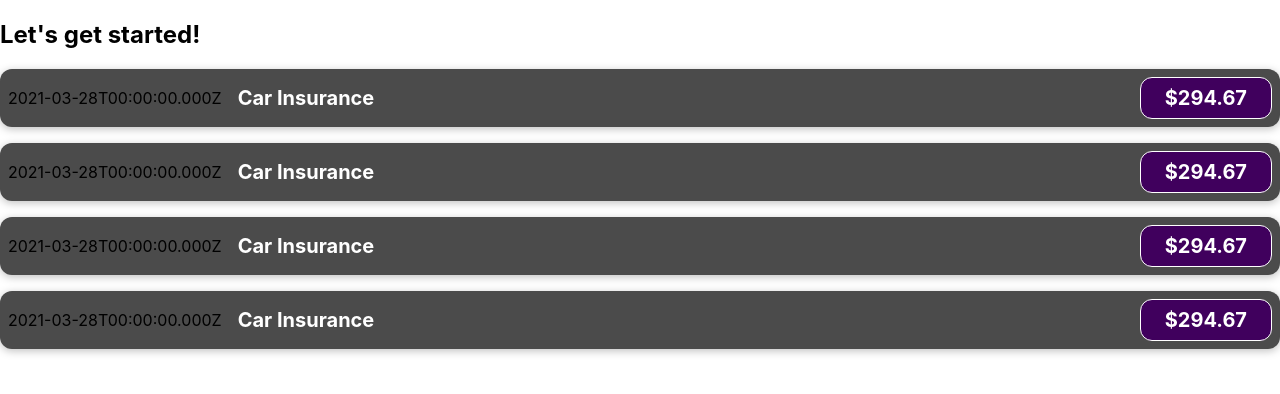
Repository: masamichan/react-complete-guide
Page: /
These files come from the project's save history. The page is drawn as it stood at one moment and after a run of saves; the edit follows.
The browser window is 1280 px wide. The pictures show the whole page.
The project was rebuilt for these pictures with package versions that can differ from the ones it lists, and the page was loaded fresh each time. Also part of the build but not shown: src/App.css.

Above is the page before, as saved 2023-03-26 10:31:59.

### src/App.js
import "./App.css";
import ExpenseItem from "./components/ExpensItem";

function App() {
  const expenses = [
    {
      id: "e1",
      title: "Toilet Paper",
      amount: 94.12,
      date: new Date(2020, 7, 14),
    },
    { id: "e2", title: "New TV", amount: 799.49, date: new Date(2021, 2, 12) },
    {
      id: "e3",
      title: "Car Insurance",
      amount: 294.67,
      date: new Date(2021, 2, 28),
    },
    {
      id: "e4",
      title: "New Desk (Wooden)",
      amount: 450,
      date: new Date(2021, 5, 12),
    },
  ];

  return (
    <div>
      <h2>Let's get started!</h2>
      <ExpenseItem
        title={expenses[0].title}
        amount={expenses[0].amount}
        date={expenses[0].date}
      ></ExpenseItem>
      <ExpenseItem
        title={expenses[1].title}
        amount={expenses[1].amount}
        date={expenses[1].date}
      ></ExpenseItem>
      <ExpenseItem
        title={expenses[2].title}
        amount={expenses[2].amount}
        date={expenses[2].date}
      ></ExpenseItem>
      <ExpenseItem
        title={expenses[3].title}
        amount={expenses[3].amount}
        date={expenses[3].date}
      ></ExpenseItem>
    </div>
  );
}

export default App;

### src/components/ExpensItem.js
import "./ExpenseItem.css";

function ExpenseItem(props) {
  const expenseDate = new Date(2021, 2, 28);
  const expenseTitle = "Car Insurance";
  const expenseAmount = 294.67;

  return (
    <div className="expense-item">
      <div>{expenseDate.toISOString()}</div>
      <div className="expense-item__description">
        <h2>{expenseTitle}</h2>
        <div className="expense-item__price">${expenseAmount}</div>
      </div>
    </div>
  );
}

export default ExpenseItem;

### src/components/ExpenseItem.css
.expense-item {
  display: flex;
  justify-content: space-between;
  align-items: center;
  box-shadow: 0 2px 8px rgba(0, 0, 0, 0.25);
  padding: 0.5rem;
  margin: 1rem 0;
  border-radius: 12px;
  background-color: #4b4b4b;
}

.expense-item__description {
  display: flex;
  flex-direction: column;
  gap: 1rem;
  align-items: flex-end;
  flex-flow: column-reverse;
  justify-content: flex-start;
  flex: 1;
}

.expense-item h2 {
  color: #3a3a3a;
  font-size: 1rem;
  flex: 1;
  margin: 0 1rem;
  color: white;
}

.expense-item__price {
  font-size: 1rem;
  font-weight: bold;
  color: white;
  background-color: #40005d;
  border: 1px solid white;
  padding: 0.5rem;
  border-radius: 12px;
}

@media (min-width: 580px) {
  .expense-item__description {
    flex-direction: row;
    align-items: center;
    justify-content: flex-start;
    flex: 1;
  }

  .expense-item__description h2 {
    font-size: 1.25rem;
  }

  .expense-item__price {
    font-size: 1.25rem;
    padding: 0.5rem 1.5rem;
  }
}

Loaded but not shown: public/index.html (common file); src/index.js (common file); src/index.css (common file); src/reportWebVitals.js (common file)

After the next 4 saves:
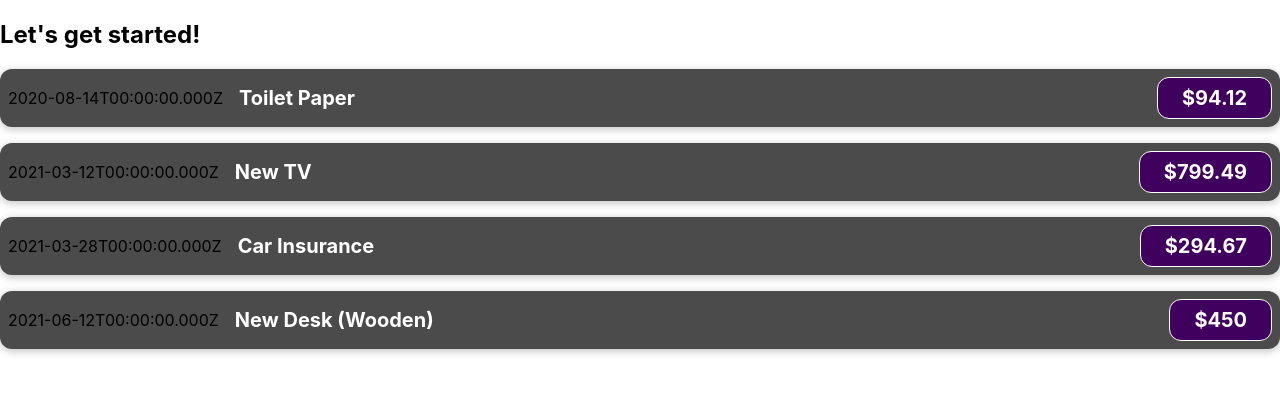
The 4 saves are shown as one change because 3 did not build or start.
The last was saved 4 min 35 s later.
--- a/src/components/ExpensItem.js
+++ b/src/components/ExpensItem.js
@@ -7,10 +7,10 @@ function ExpenseItem(props) {
 
   return (
     <div className="expense-item">
-      <div>{expenseDate.toISOString()}</div>
+      <div>{props.date.toISOString()}</div>
       <div className="expense-item__description">
-        <h2>{expenseTitle}</h2>
-        <div className="expense-item__price">${expenseAmount}</div>
+        <h2>{props.title}</h2>
+        <div className="expense-item__price">${props.amount}</div>
       </div>
     </div>
   );
